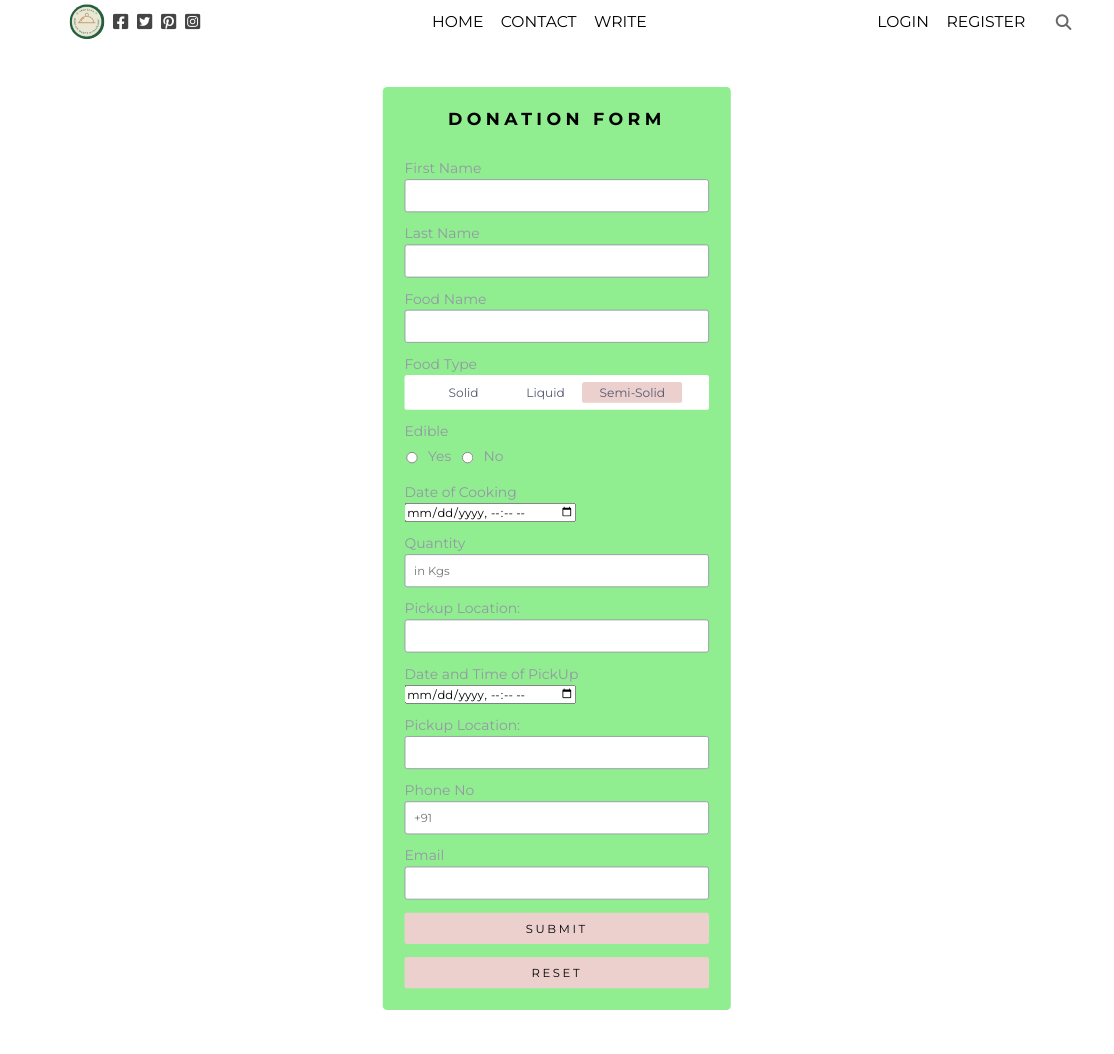
Repository: blsnabrhm/anna-daan
Page: /Contact (app in client/)
The author's editor kept a copy of each file at every save. The page is drawn from the files as they stood at one save, then again after the next save.
The browser window is 1280 px wide. The pictures show the whole page, at 87% of full size.
Some web libraries are served in a nearby version. The project was rebuilt for these pictures with package versions that can differ from the ones it lists, and the page was loaded fresh each time. Also part of the build but not shown: client/src/components/header/header.css, client/src/components/header/Header.jsx, client/src/components/posts/posts.css, client/src/components/posts/Posts.jsx, client/src/components/sidebar/sidebar.css, client/src/components/sidebar/SideBar.jsx, client/src/pages/home/home.css, client/src/pages/home/Home.jsx and 13 more. Imported but missing from the stored project, and not drawn on this page: client/src/components/post/Post.

Above is the page before, as saved 2022-04-22 09:18:39.

After the next save:
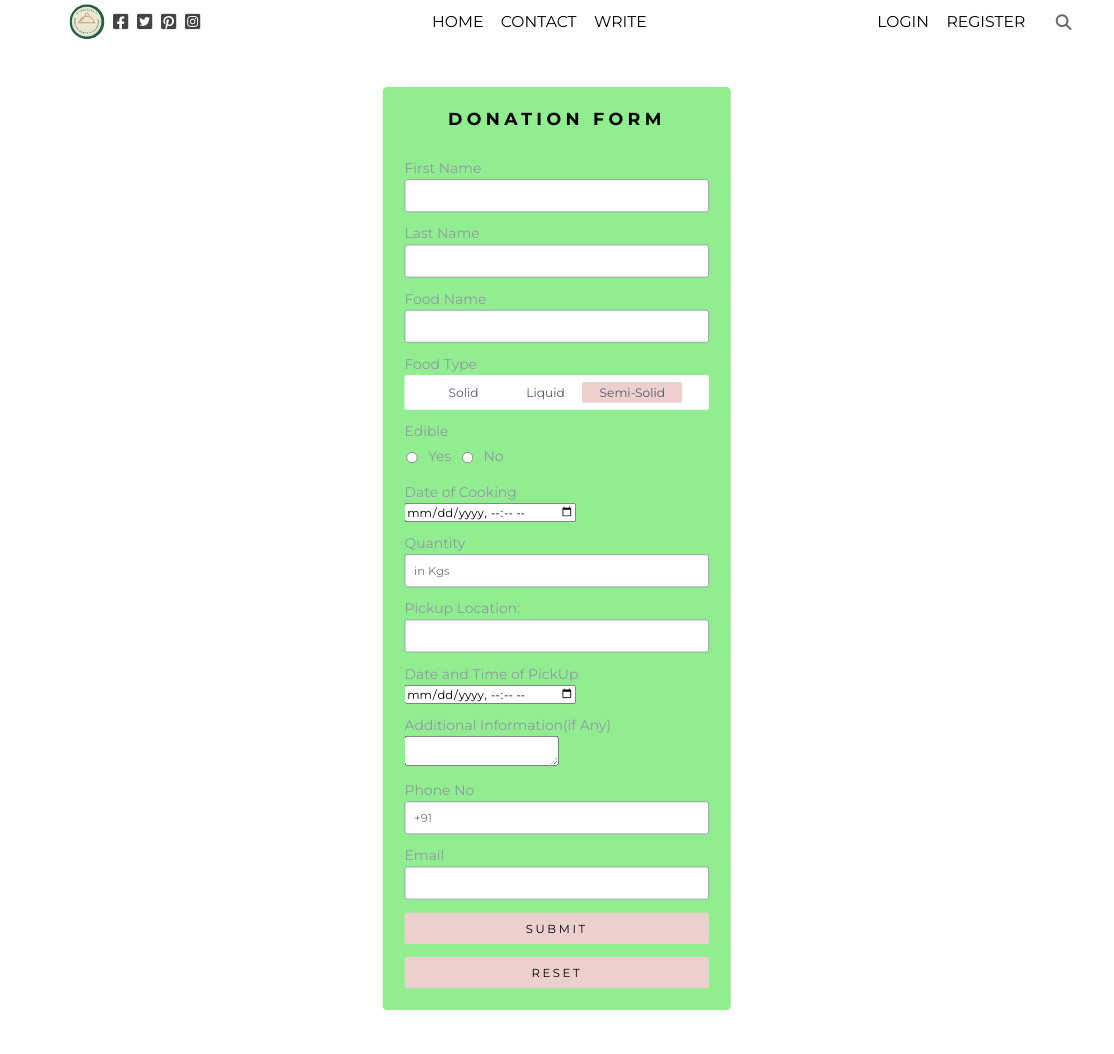
Saved 37 s later.
--- a/client/src/pages/contact/Contact.jsx
+++ b/client/src/pages/contact/Contact.jsx
@@ -75,8 +75,8 @@ export default function Contact() {
 					<input type="datetime-local" id="pick"/>
                 </div>
                 <div className='input_wrap'>
-                    <label for="loc">Pickup Location:</label>
-					<input type="text" id="loc" class="ta"/>
+                    <label>Additional Information(if Any)</label>
+					<textarea class="txta" for="ta"></textarea>
                 </div>
 				<div className="input_wrap">
 					<label for="city">Phone No</label>
